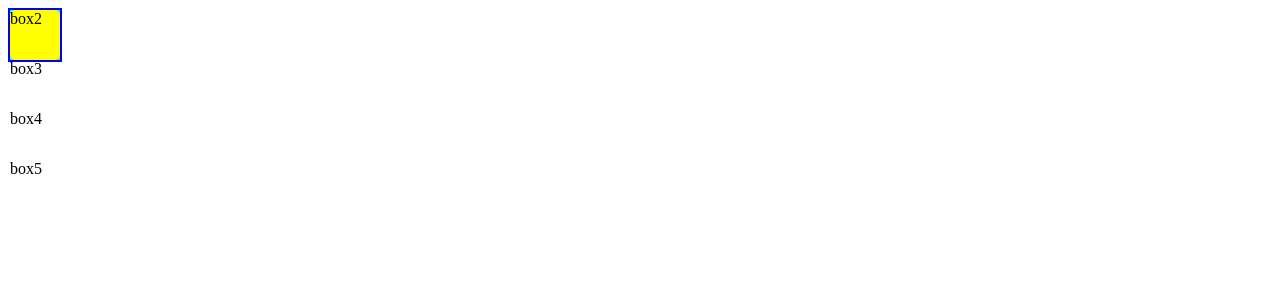
Repository: ABDUSALIMSUBAHIELBASHI/full-html-css-js
Page: Desktop/coding/css/indexday2.html
The author's editor kept a copy of each file at every save. The page is drawn from the files as they stood at one save, then again after the next save.
The browser window is 1280 px wide. The pictures show the whole page.

Above is the page before, as saved 2025-09-16 10:47:58.

After the next save:
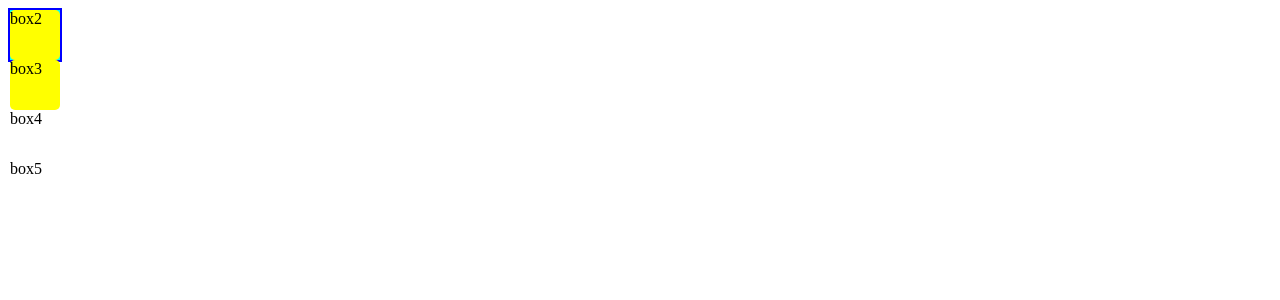
Saved 36 s later.
--- a/Desktop/coding/css/indexday2.css
+++ b/Desktop/coding/css/indexday2.css
@@ -17,3 +17,9 @@
     height: 20px;
     border-radius: 5px;
 }
+.box3{
+ background-color: yellow;
+    width: 50px;
+    height: 20px;
+    border-radius: 5px;
+}
